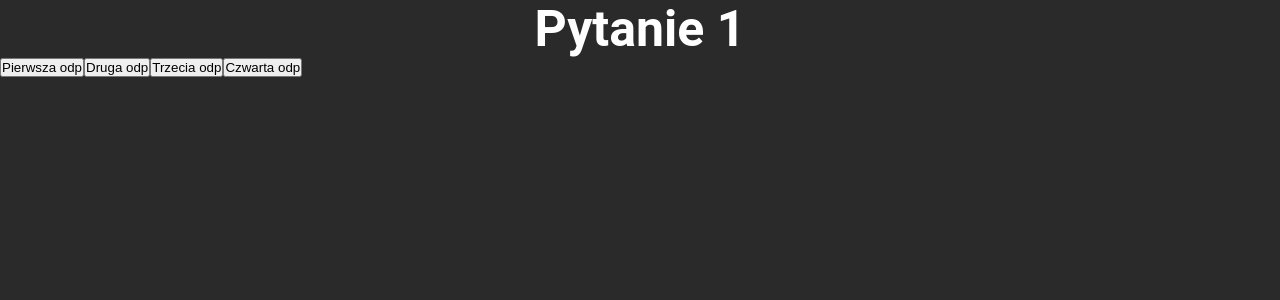
Repository: BaczkiewiczDawid/weatherApp
Page: index.html
The author's editor kept a copy of each file at every save. The page is drawn from the files as they stood at one save, then again after a run of saves.
The browser window is 1280 px wide. The pictures show the whole page.

Above is the page before, as saved 2020-02-22 18:29:53.

After the next 2 saves:
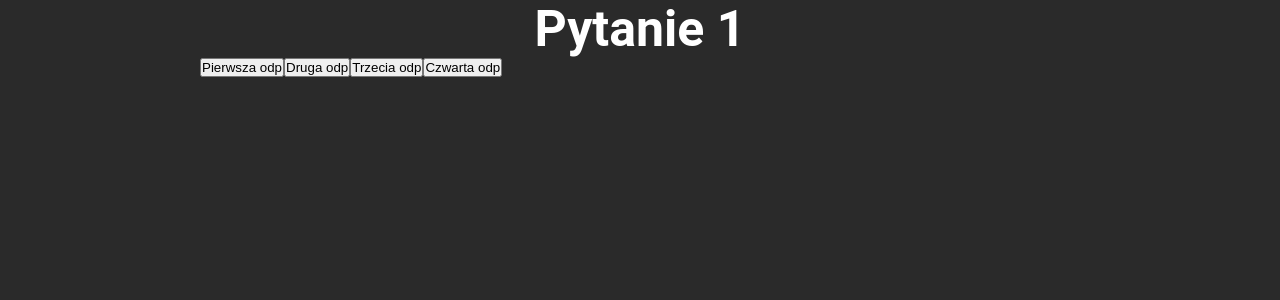
The 2 saves are shown as one change because they came seconds apart.
The last was saved 8 s later.
--- a/style.css
+++ b/style.css
@@ -17,4 +17,5 @@ h1 {
 .ask {
     display: flex;
     flex-direction: row;
+    margin-left: 200px;
 }
